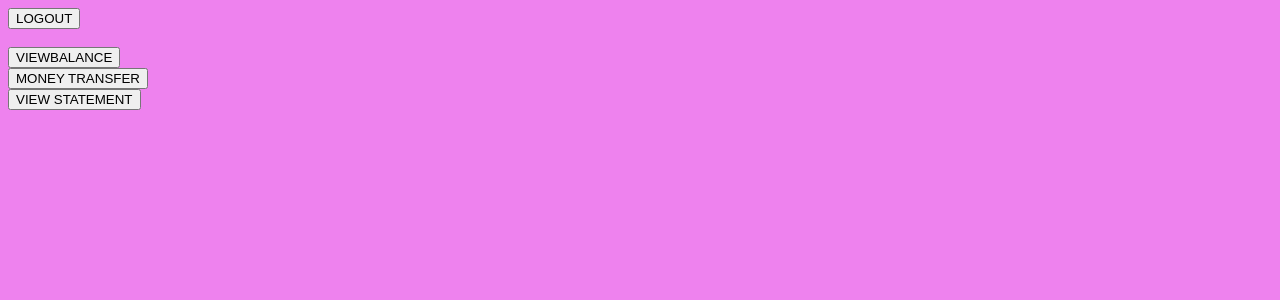
Repository: ankitjavacoder/Mystuff
Page: http://localhost/BankingSystem/DisplayName.jsp
An editor plug-in stored every save of this project. The page is shown before and after the next save, followed by the edit.
The browser window is 1280 px wide. The pictures show the whole page.
The page is served by Tomcat 9. Other server files are loaded and not shown.

Above is the page before, as saved 2022-04-25 17:52:58.

### Project/OnlineBankProject/BankingSystem/WebContent/DisplayName.jsp
<%@ page language="java" contentType="text/html; charset=ISO-8859-1"
    pageEncoding="ISO-8859-1"%>
<!DOCTYPE html>
<html>
<head>
<meta charset="ISO-8859-1">
<title>Banking System</title>
</head>
<body style = "background-color: violet;">
	<input type="button" value="LOGOUT"></input>
	<br></br>
	<form action="">
	<input type="submit" value="VIEWBALANCE"></input>
	</form>
	<form action="">
	<input type="submit" value="MONEY TRANSFER"></input>
	</form>
		<form action="">
	<input type="submit" value="VIEW STATEMENT"></input>
	</form>
</body>
</html>

After the next save:
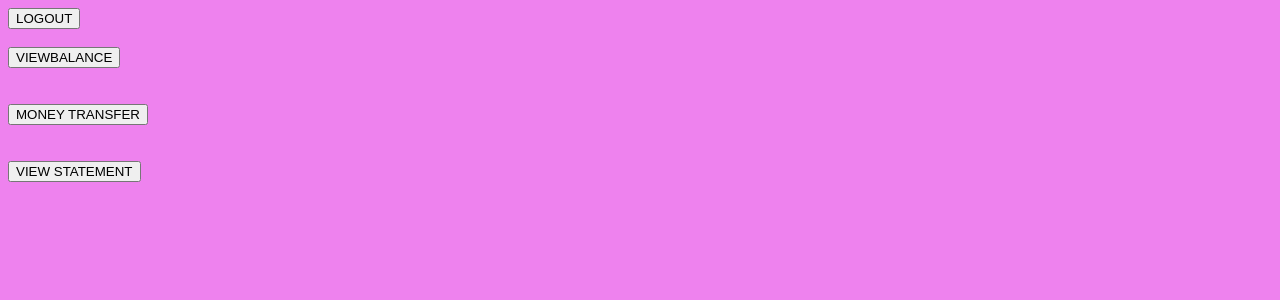
Saved 31 s later.
--- a/Project/OnlineBankProject/BankingSystem/WebContent/DisplayName.jsp
+++ b/Project/OnlineBankProject/BankingSystem/WebContent/DisplayName.jsp
@@ -12,11 +12,14 @@
 	<form action="">
 	<input type="submit" value="VIEWBALANCE"></input>
 	</form>
+	<br></br>
 	<form action="">
 	<input type="submit" value="MONEY TRANSFER"></input>
 	</form>
+	<br></br>
 		<form action="">
 	<input type="submit" value="VIEW STATEMENT"></input>
 	</form>
+	<br></br>
 </body>
 </html>
